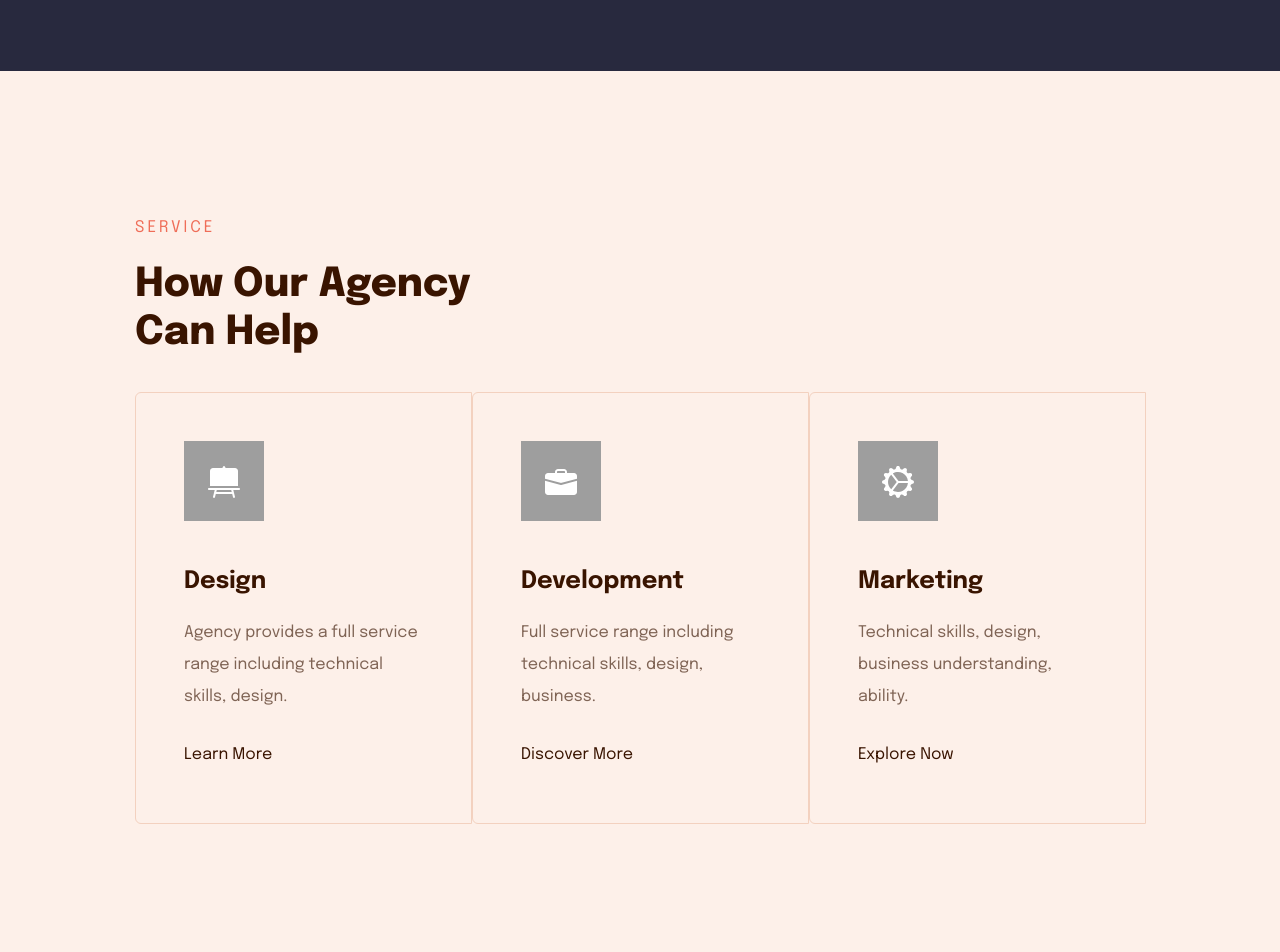
Repository: NatiqSamiyev/image-task
Page: index.html
These files come from the project's save history. The page is drawn as it stood at one moment and after the next save; the edit follows.
The browser window is 1280 px wide. The pictures show the part of the page from y = 1366 to 2318 px (the page is 2318 px tall).
Pictures or frames that could not be fetched are drawn as grey boxes.

Above is the page before, as saved 2023-08-23 15:03:09.

### index.html
<!DOCTYPE html>
<html lang="en">
  <head>
    <meta charset="UTF-8" />
    <meta name="viewport" content="width=device-width, initial-scale=1.0" />
    <title>Document</title>
    <link rel="stylesheet" href="index.css" />
  </head>
  <body>
    <div class="container">
      <div id="page-1">
        <h1>Portfolio</h1>
        <h2>Latest Work</h2>

        <nav>
          <ul>
            <li>
              <a href="#">Show All</a>
              <p>14</p>
            </li>
            <li>
              <a href="#">Design</a>
              <p>6</p>
            </li>
            <li>
              <a href="#">Branding</a>
              <p>4</p>
            </li>
            <li>
              <a href="#">Illustration</a>
              <p>3</p>
            </li>
            <li>
              <a href="#">Motion</a>
              <p>1</p>
            </li>
          </ul>
        </nav>

        <div class="image-box">
          <div class="box-1">
            <div class="left">
              <img
                src="https://images.unsplash.com/photo-1605365070248-299a182a2ca6?ixlib=rb-4.0.3&ixid=M3wxMjA3fDB8MHxzZWFyY2h8MTF8fGNvdWNofGVufDB8fDB8fHww&w=1000&q=80"
                alt=""
              />
              <button>Design</button>
              <p>SOFA</p>
            </div>
            <div class="right">
              <img
                src="https://encrypted-tbn0.gstatic.com/images?q=tbn:ANd9GcRcj9OasnMoc-lGpTAOWO39NXB7dLMMJMDkmA&usqp=CAU"
                alt=""
              />
              <button>Branding</button>
              <p>KeyBoard</p>
            </div>
          </div>
          <div class="box-2">
            <div class="left">
              <img
                src="https://www.socialpilot.co/wp-content/uploads/2021/02/pasted-image-0.png"
                alt=""
              />
              <button>Illustration</button>
              <p>Work Media</p>
            </div>

            <div class="right">
              <img
                src="https://www.dogstrolldaycare.co.uk/themes/black/images/daycare-puppies.jpg"
                alt=""
              />
              <button>Motion</button>
              <p>DDDone</p>
            </div>
          </div>
        </div>

        <div class="bottom-container">
          <button>Explore More</button>
        </div>
      </div>

      <div id="page-2">
        <h1>Service</h1>

        <h2>
          How Our Agency <br />
          Can Help
        </h2>

        <ul>
          <li>
            <img src="./image/Oval.svg" alt="" />
            <img class="image" src="./image/Combined Shape.svg" alt="" />
            <h3>Design</h3>
            <p>
              Agency provides a full service range including technical skills,
              design.
            </p>
            <h4>Learn More</h4>
          </li>

          <li>
            <img src="./image/Oval.svg" alt="" />
            <img class="image" src="./image/Combined Shape (1).svg" alt="" />
            <h3>Development</h3>
            <p>
              Full service range including technical skills, design, business.
            </p>
            <h4>Discover More</h4>
          </li>

          <li>
            <img src="./image/Oval.svg" alt="" />
            <img class="image" src="./image/Shape.svg" alt="" />
            <h3>Marketing</h3>
            <p>Technical skills, design, business understanding, ability.</p>
            <h4>Explore Now</h4>
          </li>
        </ul>
      </div>
    </div>

  </body>
</html>

### index.css
@import url("https://fonts.googleapis.com/css2?family=Epilogue:wght@400;700;800&family=Roboto+Slab:wght@700&family=Roboto:wght@400;700&display=swap");
* {
  margin: 0;
  padding: 0;
  box-sizing: border-box;
}

#page-1 {
  width: 100%;
  padding: 92px 135px 117px 135px;
  background-color: #28293e;
  min-height: 100vh;
}

#page-1 h1 {
  color: var(--text-light-accent, #ef6d58);
  text-align: center;
  font-feature-settings: "clig" off, "liga" off;
  font-family: Epilogue;
  font-size: 16px;
  font-style: normal;
  font-weight: 400;
  line-height: 32px;
  letter-spacing: 3px;
  text-transform: uppercase;
}

#page-1 h2 {
  margin-top: 20px;
  color: var(--text-light, #fff);
  text-align: center;
  font-feature-settings: "clig" off, "liga" off;
  font-family: Epilogue;
  font-size: 56px;
  font-style: normal;
  font-weight: 800;
  line-height: 64px;
  letter-spacing: -1px;
}

#page-1 ul {
  display: flex;
}

#page-1 ul li {
  display: flex;
  list-style-type: none;
  margin-right: 50px;
}

nav {
  margin-top: 36px;
  margin-bottom: 68px;
  display: flex;
  justify-content: center;
}

#page-1 ul li a {
  color: var(--text-light, #fff);
  font-feature-settings: "clig" off, "liga" off;
  font-family: Epilogue;
  font-size: 16px;
  font-style: normal;
  font-weight: 400;
  line-height: 32px;
  text-decoration: none;
}

#page-1 ul li p {
  color: var(--text-light-gray, rgba(255, 255, 255, 0.64));
  text-align: center;
  font-feature-settings: "clig" off, "liga" off;
  font-family: Epilogue;
  font-size: 14px;
  font-style: normal;
  font-weight: 400;
}

#page-1  .box-1 {
  display: flex;
  justify-content: space-between;
}
#page-1  .image-box .left {
  width: 45%;
  height: 416px;
  position: relative;
}

#page-1  .image-box .left img {
  width: 100%;
  height: 416px;
}
#page-1  .image-box .right {
  width: 54%;
  height: 416px;
  margin-left: 30px;
  position: relative;
  background-color: red;
}
#page-1  .image-box .right img {
  width: 100%;
  height: 416px;
}

#page-1  .image-box img {
  width: 100%;
  height: 100%;
}
#page-1  .image-box button {
  color: var(--text-dark, #391400);
  font-feature-settings: "clig" off, "liga" off;
  font-family: Epilogue;
  font-size: 16px;
  font-style: normal;
  font-weight: 400;
  line-height: 32px;
  border-radius: 19px;
  background: #fff;
  border: none;
  position: absolute;
  bottom: 122px;
  left: 48px;
}

#page-1 .image-box .box-1 .left button {
  width: 84px;
  height: 38px;
  display: flex;
  justify-content: center;
  align-items: center;
}

#page-1 .image-box .box-1 .right button {
  width: 102px;
  height: 38px;
  display: flex;
  justify-content: center;
  align-items: center;
}

#page-1 .image-box .box-2 .left button {
  width: 116px;
  height: 38px;
  display: flex;
  justify-content: center;
  align-items: center;
}

#page-1 .image-box .box-2 .right button {
  width: 86px;
  height: 38px;
  display: flex;
  justify-content: center;
  align-items: center;
}
#page-1 .image-box p {
  color: var(--text-light, #fff);
  font-feature-settings: "clig" off, "liga" off;
  font-family: Epilogue;
  font-size: 40px;
  font-style: normal;
  font-weight: 800;
  line-height: 48px;
  position: absolute;
  left: 48px;
  bottom: 51px;
}

.box-2 {
  margin-top: 32px;
  width: 100%;
  height: 100%;

  display: flex;
  justify-content: space-between;
  position: relative;
}

.box-2 .left {
  width: 54%;
  height: 416px;
}
.box-2 .right {
  width: 45%;
  height: 416px;
}
.box-2 img {
  width: 100%;
  height: 100%;
}

.bottom-container {
  margin-top: 64px;
  display: flex;
  justify-content: center;
}

.bottom-container button {
  width: 170px;
  height: 48px;
  border-radius: 6px;
  border: 1px solid rgba(255, 255, 255, 0.3);
  background: #28293e;
  color: #fff;
  text-align: center;
  font-family: Epilogue;
  font-size: 14px;
  font-style: normal;
  font-weight: 900;
  line-height: normal;
  text-transform: uppercase;
}
/* page-2 design */
#page-2 {
  width: 100%;
  padding: 141px 134px 128px 135px;
  background: #fdf0e9;
}

#page-2 h1 {
  color: var(--text-dark-accent, #ef6d58);
  font-feature-settings: "clig" off, "liga" off;
  font-family: Epilogue;
  font-size: 16px;
  font-style: normal;
  font-weight: 400;
  line-height: 32px;
  letter-spacing: 3px;
  text-transform: uppercase;
}

#page-2 h2 {
  margin-top: 17px;
  color: var(--text-dark, #391400);
  font-feature-settings: "clig" off, "liga" off;
  font-family: Epilogue;
  font-size: 40px;
  font-style: normal;
  font-weight: 800;
  line-height: 48px;
}

#page-2 ul {
  display: flex;
  margin-top: 35px;
}

#page-2 ul li {
  width: 391px;
  padding: 48px 48px 52px 48px;
  list-style-type: none;
  border-radius: 6px 0px 0px 6px;
  border: 1px solid #f3d1bf;
  position: relative;
}

#page-2 ul li img {
  /* background-color: darkblue; */
  width: 80px;
  height: 80px;
  position: relative;
}

#page-2 ul li .image {
  /* background-color: #58ef6c; */
  width: 32px;
  height: 32px;
  fill: #fff;
  position: absolute;
  left: 72px;
  margin-top: 25px;
}

#page-2 ul li h3 {
  margin-top: 41px;
  color: var(--text-dark, #391400);
  font-feature-settings: "clig" off, "liga" off;
  font-family: Epilogue;
  font-size: 24px;
  font-style: normal;
  font-weight: 700;
  line-height: 32px;
}

#page-2 ul li p {
  margin-top: 19px;
  color: var(--text-dark-gray, rgba(57, 20, 0, 0.64));
  font-feature-settings: "clig" off, "liga" off;
  font-family: Epilogue;
  font-size: 16px;
  font-style: normal;
  font-weight: 400;
  line-height: 32px;
}

#page-2 ul li h4 {
  margin-top: 26px;
  color: var(--text-dark, #391400);
  font-feature-settings: "clig" off, "liga" off;
  font-family: Epilogue;
  font-size: 16px;
  font-style: normal;
  font-weight: 400;
  line-height: 32px;
}

After the next save:
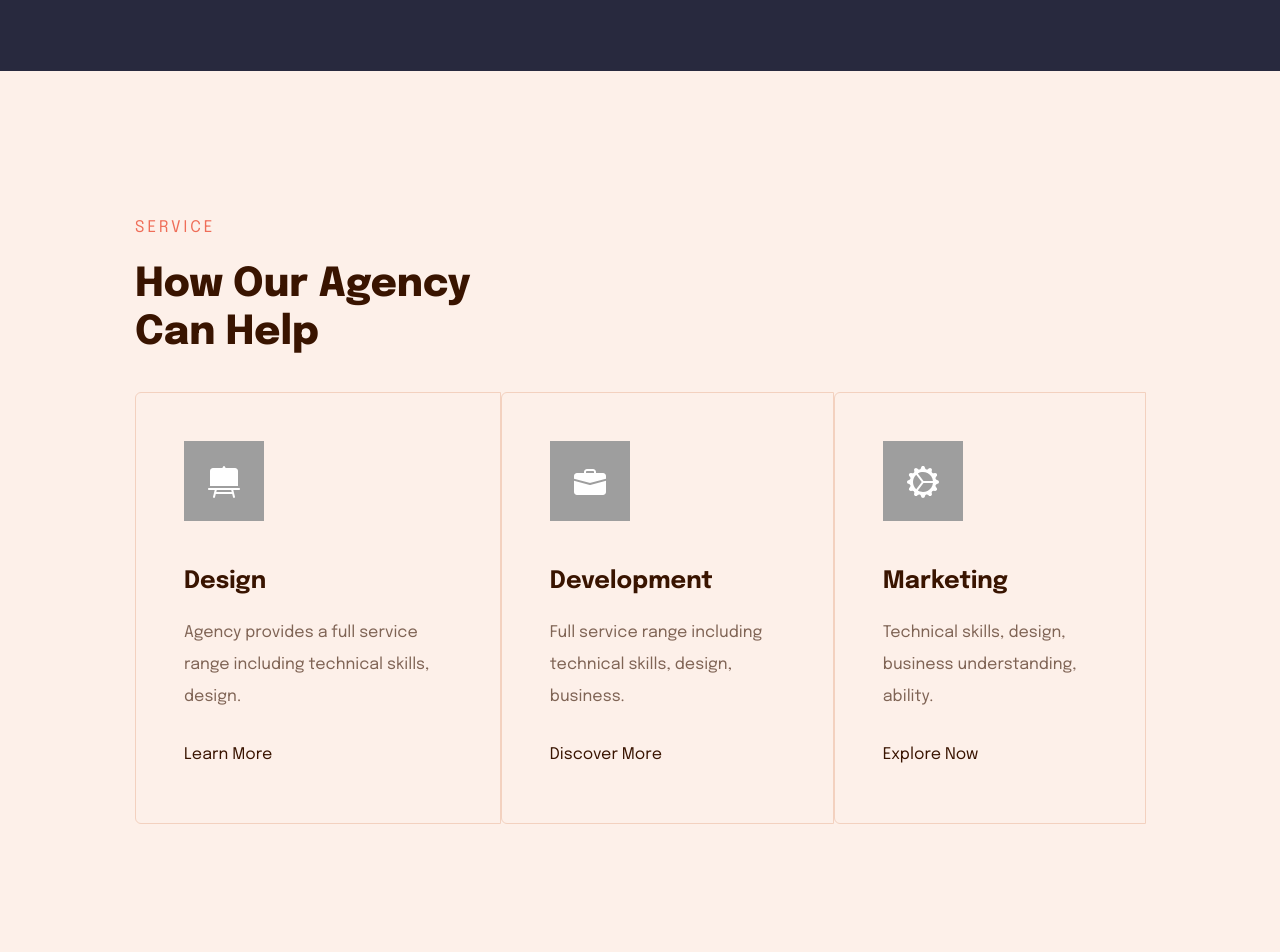
Saved 73 s later.
--- a/index.css
+++ b/index.css
@@ -246,7 +246,7 @@
 }
 
 #page-2 ul li {
-  width: 391px;
+  width: ;
   padding: 48px 48px 52px 48px;
   list-style-type: none;
   border-radius: 6px 0px 0px 6px;

After the save that followed:
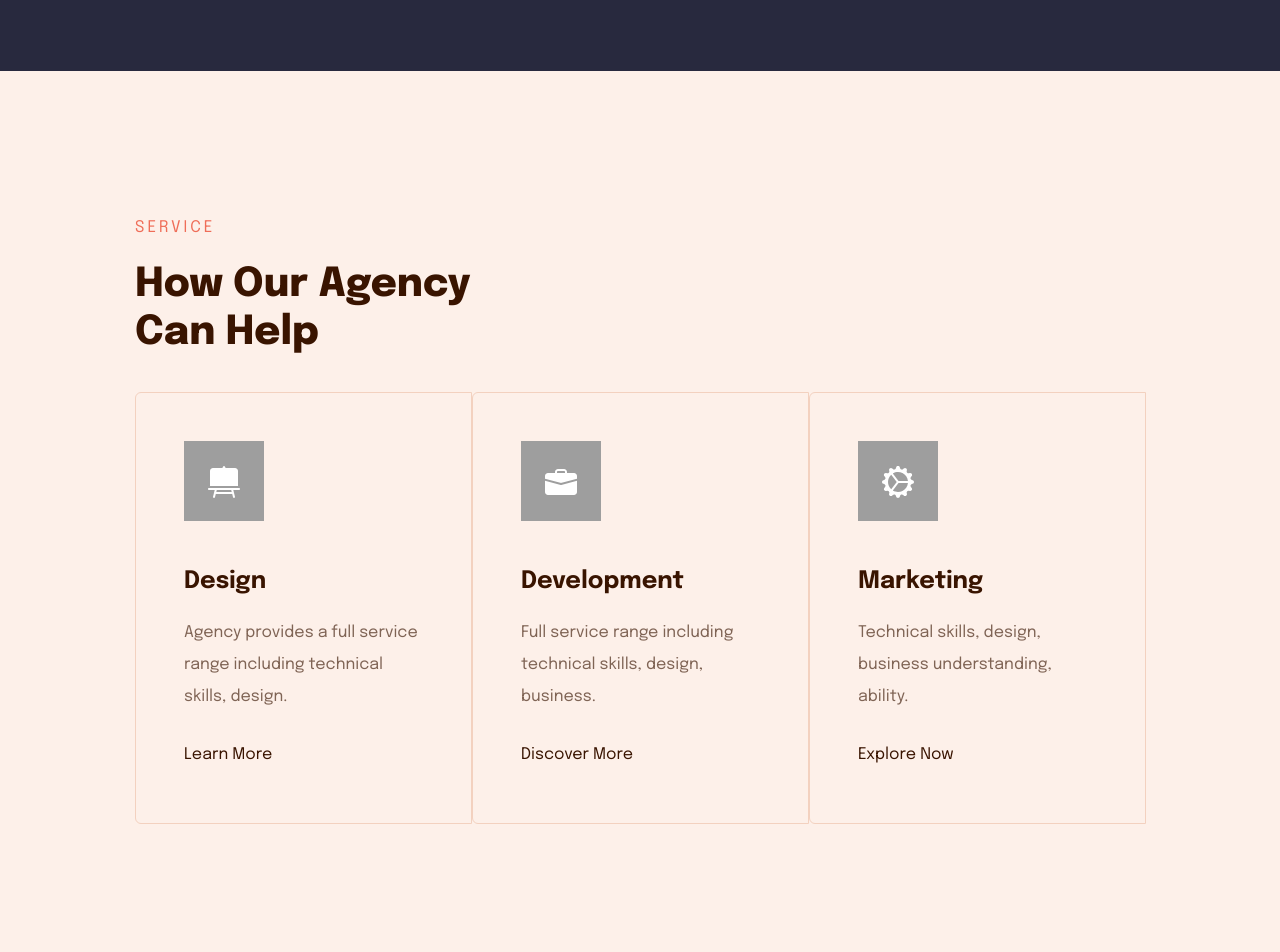
Saved 4 s later.
--- a/index.css
+++ b/index.css
@@ -246,7 +246,7 @@
 }
 
 #page-2 ul li {
-  width: ;
+  width: 391px;
   padding: 48px 48px 52px 48px;
   list-style-type: none;
   border-radius: 6px 0px 0px 6px;
